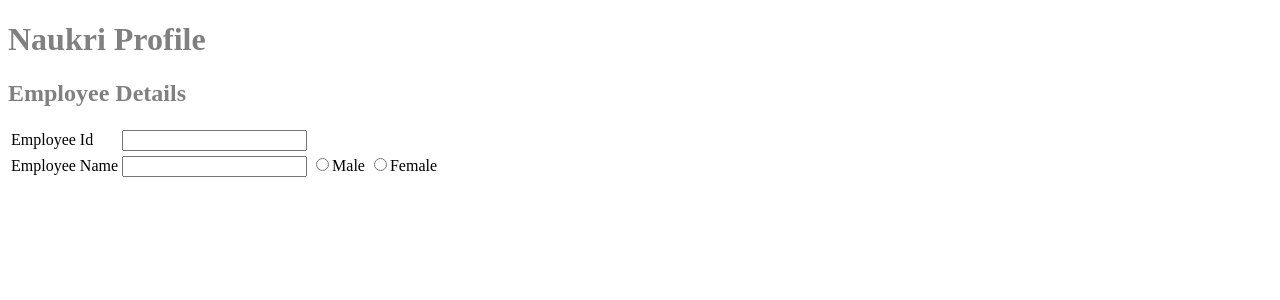
Repository: Ravikumarh6166/my-first-repo
Page: filterapp/src/main/webapp/registrationform.html
These files come from the project's save history. The page is drawn as it stood at one moment and after the next save; the edit follows.
The browser window is 1280 px wide. The pictures show the whole page.

Above is the page before, as saved 2022-08-30 06:53:30.

### filterapp/src/main/webapp/registrationform.html
<!DOCTYPE html>
<html>
<head>
<meta charset="UTF-8">
<title>Insert title here</title>
</head>
<body>
<h1 style="color:gray">Naukri Profile</h1>
<h2 style="color:gray">Employee Details</h2>
<form action="./reg" method="post">
<table>
<tr>
<td>Employee Id</td>
<td><input type="text" name="eid"></td>
</tr>

<tr>
<td>Employee Name</td>
<td><input type="text" name="ename">
<input type="radio"  value="Male">Male
<input type="radio"  value="Female">Female
</td>
</tr>


</table>
</form>
</body>
</html>

After the next save:
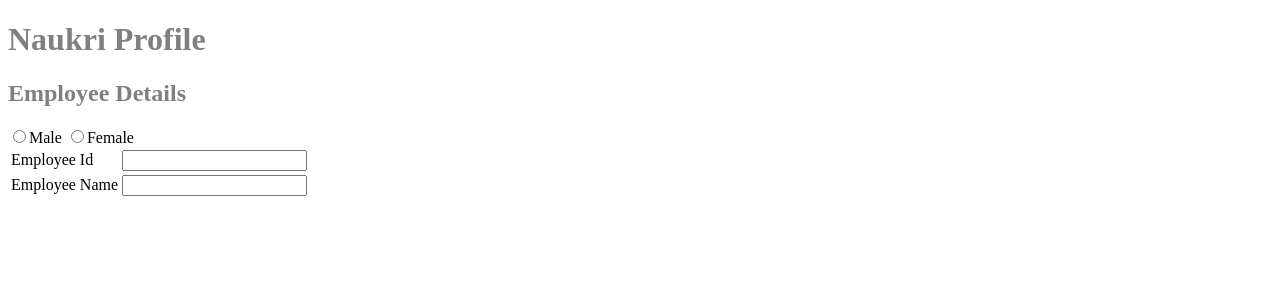
Saved 94 s later.
--- a/filterapp/src/main/webapp/registrationform.html
+++ b/filterapp/src/main/webapp/registrationform.html
@@ -17,10 +17,13 @@
 <tr>
 <td>Employee Name</td>
 <td><input type="text" name="ename">
+</td>
+</tr>
+<label>
 <input type="radio"  value="Male">Male
 <input type="radio"  value="Female">Female
-</td>
-</tr>
+</label>
+
 
 
 </table>
